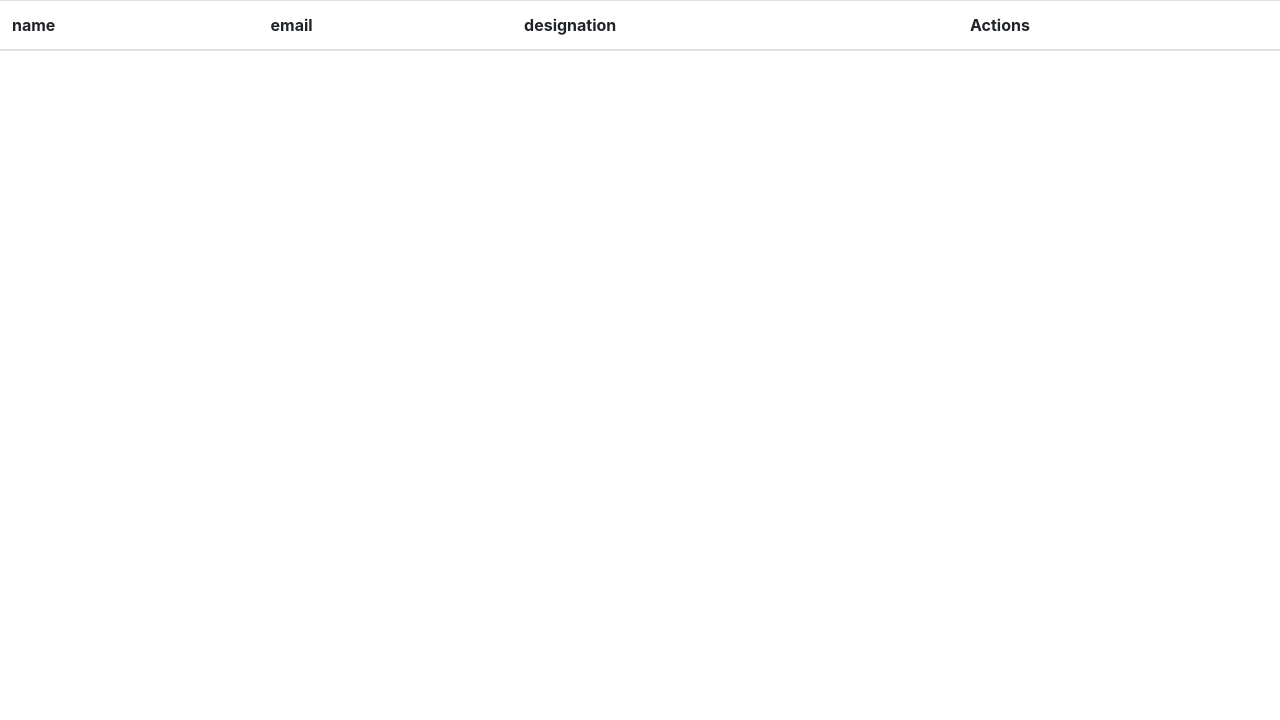
Repository: AbdulRehman0/registration
Page: http://localhost/dashboard.php
These files come from the project's save history. The page is drawn as it stood at one moment and after the next save; the edit follows.
The browser window is 1280 px wide. The pictures show the whole page.
The page is run by PHP 8.4 with error messages shown; the project is at /var/www/html/. The session is filled in as if someone had signed in: {"session_id": true, "name": "Test User", "email": "test@example.com", "id": 1, "session_role": 1}. Other server files are loaded and not shown. Queries for data that is not in the repository find no rows.

Above is the page before, as saved 2021-01-05 20:39:57.

### dashboard.php
<?php
include "./includes/config.php";
include "./models/UserModel.php";

session_start();
// print_r($_SESSION);
if($_SESSION["session_id"]!=1){ session_destroy(); header("Location: login.php");die;}

$db=connectdb();

$user = new User($db);


if($_SESSION["session_role"]==1){
    $res = $user->getAllUsers();
}elseif($_SESSION["session_role"]==2){
    $res = $user->getUserByID($_SESSION["id"]);
}else{
    session_destroy(); header("Location: login.php");die;
}

include "./templates/header.php";
?>

<table class="table">
  <thead>
    <tr>
      <th scope="col">name</th>
      <th scope="col">email</th>
      <th scope="col">designation</th>
      <th scope="col">Actions</th>
    </tr>
  </thead>
  <tbody>
    <?php foreach($res as $row): if($row["role_id"]==1) $des="Admin"; else $des="Editor"?>
    <tr>
    <td><?php echo $row["name"];?></td>
    <td><?php echo $row["email"];?></td>
    <td><?php echo $des;?></td>
    <td><a href="./edit.php?id=<?php echo $row["id"]?>" class="float-left"><span>Edit<span></a><?php if($_SESSION['session_role']==1 && $row["id"]!=$_SESSION['id']):?><a href="./controllers/UserController.php?id=<?php echo $row["id"]?>&func=deleteUser" class="center"><span>Delete<span></a><?php endif;?></td>
    </tr>
    <?php endforeach;?>

  </tbody>
</table>



<?php
include "./templates/footer.php";
?>

### includes/config.php
<?php

ini_set('display_errors', 1);

ob_start();

define('DB_USER', 'root');

define('DB_PASS', '');

define('DB_HOST', 'localhost');

define('DB_NAME', 'registration');


/* BaseUrl */


//require_once ROOT_PATH . '/Conf/Conf.php';
require('MysqliDb.php');

function connectdb() {

    $DB = new MysqliDb(DB_HOST, DB_USER, DB_PASS, DB_NAME);

    return $DB;

}

### includes/MysqliDb.php
<?php
/**
 * MysqliDb Class
 *
 * @category  Database Access
 * @package   MysqliDb
 * @author    Jeffery Way <jeffrey@jeffrey-way.com>
 * @author    Josh Campbell <jcampbell@ajillion.com>
 * @copyright Copyright (c) 2010
 * @license   http://opensource.org/licenses/gpl-3.0.html GNU Public License
 * @version   1.1
 **/
class MysqliDb
{
    /**
     * Static instance of self
     *
     * @var MysqliDb
     */
    protected static $_instance;
    /**
     * MySQLi instance
     *
     * @var mysqli
     */
    protected $_mysqli;
    /**
     * The SQL query to be prepared and executed
     *
     * @var string
     */
    protected $_query;
    /**
     * An array that holds where conditions 'fieldname' => 'value'
     *
     * @var array
     */
    protected $_where = array();
    /**
     * Dynamic type list for where condition values
     *
     * @var array
     */
    protected $_whereTypeList;
    /**
     * Dynamic type list for table data values
     *
     * @var array
     */
    protected $_paramTypeList;
    /**
     * Dynamic array that holds a combination of where condition/table data value types and parameter referances
     *
     * @var array
     */
    protected $_bindParams = array(''); // Create the empty 0 index

    /**
     * @param string $host
     * @param string $username
     * @param string $password
     * @param string $db
     */
    public function __construct($host, $username, $password, $db)
    {
        $this->_mysqli = new mysqli($host, $username, $password, $db)
            or die('There was a problem connecting to the database');

        $this->_mysqli->set_charset('utf8');

        self::$_instance = $this;
    }

    /**
     * A method of returning the static instance to allow access to the
     * instantiated object from within another class.
     * Inheriting this class would require reloading connection info.
     *
     * @uses $db = MySqliDb::getInstance();
     *
     * @return object Returns the current instance.
     */
    public static function getInstance()
    {
        return self::$_instance;
    }

    /**
     * Reset states after an execution
     *
     * @return object Returns the current instance.
     */
    protected function reset()
    {
        $this->_where = array();
        $this->_bindParams = array(''); // Create the empty 0 index
        unset($this->_query);
        unset($this->_whereTypeList);
        unset($this->_paramTypeList);
    }

    /**
     * Pass in a raw query and an array containing the parameters to bind to the prepaird statement.
     *
     * @param string $query      Contains a user-provided query.
     * @param array  $bindParams All variables to bind to the SQL statment.
     *
     * @return array Contains the returned rows from the query.
     */
    public function rawQuery($query, $bindParams = null,$MYSQL_ASSOC=null)
    {
        $this->_query = filter_var($query, FILTER_SANITIZE_STRING);
        $stmt = $this->_prepareQuery();

        if (is_array($bindParams) === true) {
            $params = array(''); // Create the empty 0 index
            foreach ($bindParams as $prop => $val) {
                $params[0] .= $this->_determineType($val);
                array_push($params, $bindParams[$prop]);
            }

            call_user_func_array(array($stmt, 'bind_param'), $this->refValues($params));

        }

        $stmt->execute();
        $this->reset();

        return $this->_dynamicBindResults($stmt);
    }

    /**
     *
     * @param string $query   Contains a user-provided select query.
     * @param int    $numRows The number of rows total to return.
     *
     * @return array Contains the returned rows from the query.
     */
    public function query($query, $numRows = null)
    {
        $this->_query = filter_var($query, FILTER_SANITIZE_STRING);
        $stmt = $this->_buildQuery($numRows);
        $stmt->execute();
        $this->reset();

        return $this->_dynamicBindResults($stmt);
    }

    /**
     * A convenient SELECT * function.
     *
     * @param string  $tableName The name of the database table to work with.
     * @param integer $numRows   The number of rows total to return.
     *
     * @return array Contains the returned rows from the select query.
     */
    public function get($tableName, $numRows = null)
    {
        $this->_query = "SELECT * FROM $tableName";
        $stmt = $this->_buildQuery($numRows);
        $stmt->execute();
        $this->reset();

        return $this->_dynamicBindResults($stmt);
    }

    /**
     *
     * @param <string $tableName The name of the table.
     * @param array $insertData Data containing information for inserting into the DB.
     *
     * @return boolean Boolean indicating whether the insert query was completed succesfully.
     */
    public function insert($tableName, $insertData)
    {
        $this->_query = "INSERT into $tableName";
        $stmt = $this->_buildQuery(null, $insertData);


        $stmt->execute();
        $this->reset();

        return ($stmt->affected_rows > 0 ? $stmt->insert_id : false);
    }

    /**
     * Update query. Be sure to first call the "where" method.
     *
     * @param string $tableName The name of the database table to work with.
     * @param array  $tableData Array of data to update the desired row.
     *
     * @return boolean
     */
    public function update($tableName, $tableData)
    {
        $this->_query = "UPDATE $tableName SET ";

        $stmt = $this->_buildQuery(null, $tableData);

        $stmt->execute();
        $this->reset();

        return ($stmt->affected_rows > 0);
    }

    /**
     * Delete query. Call the "where" method first.
     *
     * @param string  $tableName The name of the database table to work with.
     * @param integer $numRows   The number of rows to delete.
     *
     * @return boolean Indicates success. 0 or 1.
     */
    public function delete($tableName, $numRows = null)
    {
        $this->_query = "DELETE FROM $tableName";

        $stmt = $this->_buildQuery($numRows);
        $stmt->execute();
        $this->reset();

        return ($stmt->affected_rows > 0);
    }

    /**
     * This method allows you to specify multipl (method chaining optional) WHERE statements for SQL queries.
     *
     * @uses $MySqliDb->where('id', 7)->where('title', 'MyTitle');
     *
     * @param string $whereProp  The name of the database field.
     * @param mixed  $whereValue The value of the database field.
     *
     * @return MysqliDb
     */
    public function where($whereProp, $whereValue)
    {
        $this->_where[$whereProp] = $whereValue;
        return $this;
    }


    /**
     * This methods returns the ID of the last inserted item
     *
     * @return integer The last inserted item ID.
     */
    public function getInsertId()
    {
        return $this->_mysqli->insert_id;
    }

    /**
     * Escape harmful characters which might affect a query.
     *
     * @param string $str The string to escape.
     *
     * @return string The escaped string.
     */
    public function escape($str)
    {
        return $this->_mysqli->real_escape_string($str);
    }

    /**
     * This method is needed for prepared statements. They require
     * the data type of the field to be bound with "i" s", etc.
     * This function takes the input, determines what type it is,
     * and then updates the param_type.
     *
     * @param mixed $item Input to determine the type.
     *
     * @return string The joined parameter types.
     */
    protected function _determineType($item)
    {
        switch (gettype($item)) {
            case 'NULL':
            case 'string':
                return 's';
                break;

            case 'integer':
                return 'i';
                break;

            case 'blob':
                return 'b';
                break;

            case 'double':
                return 'd';
                break;
        }
        return '';
    }

    /**
     * Abstraction method that will compile the WHERE statement,
     * any passed update data, and the desired rows.
     * It then builds the SQL query.
     *
     * @param int   $numRows   The number of rows total to return.
     * @param array $tableData Should contain an array of data for updating the database.
     *
     * @return mysqli_stmt Returns the $stmt object.
     */
    protected function _buildQuery($numRows = null, $tableData = null)
    {

        $hasTableData = is_array($tableData);
        $hasConditional = !empty($this->_where);

        // Did the user call the "where" method?
        if (!empty($this->_where)) {

            // if update data was passed, filter through and create the SQL query, accordingly.
            if ($hasTableData) {
                $pos = strpos($this->_query, 'UPDATE');
                if ($pos !== false) {
                    foreach ($tableData as $prop => $value) {
                        // determines what data type the item is, for binding purposes.
                        $this->_paramTypeList .= $this->_determineType($value);

                        // prepares the reset of the SQL query.
                        $this->_query .= ($prop . ' = ?, ');
                    }
                    $this->_query = rtrim($this->_query, ', ');
                }
            }

            //Prepair the where portion of the query
            $this->_query .= ' WHERE ';
            foreach ($this->_where as $column => $value) {
                // Determines what data type the where column is, for binding purposes.
                $this->_whereTypeList .= $this->_determineType($value);

                // Prepares the reset of the SQL query.
                $this->_query .= ($column . ' = ? AND ');
            }
            $this->_query = rtrim($this->_query, ' AND ');
        }

        // Determine if is INSERT query
        if ($hasTableData) {
            $pos = strpos($this->_query, 'INSERT');



            if ($pos !== false) {
                //is insert statement
                $keys = array_keys($tableData);
                $values = array_values($tableData);
                $num = count($keys);

                // wrap values in quotes
                foreach ($values as $key => $val) {
                    $values[$key] = "'{$val}'";
                    $this->_paramTypeList .= $this->_determineType($val);
                }

                $this->_query .= '(' . implode($keys, ', ') . ')';
                $this->_query .= ' VALUES(';
                while ($num !== 0) {
                    $this->_query .= '?, ';
                    $num--;
                }
                $this->_query = rtrim($this->_query, ', ');
                $this->_query .= ')';
            }

        }

        // Did the user set a limit
        if (isset($numRows)) {
            $this->_query .= ' LIMIT ' . (int)$numRows;
        }

        // Prepare query
        $stmt = $this->_prepareQuery();

        // Prepare table data bind parameters
        if ($hasTableData) {
            $this->_bindParams[0] = $this->_paramTypeList;
            foreach ($tableData as $prop => $val) {
                array_push($this->_bindParams, $tableData[$prop]);
            }
        }
        // Prepare where condition bind parameters
        if ($hasConditional) {
            if ($this->_where) {
                $this->_bindParams[0] .= $this->_whereTypeList;
                foreach ($this->_where as $prop => $val) {
                    array_push($this->_bindParams, $this->_where[$prop]);
                }
            }
        }


        // Bind parameters to statment
        if ($hasTableData || $hasConditional) {
            call_user_func_array(array($stmt, 'bind_param'), $this->refValues($this->_bindParams));
        }

        return $stmt;
    }

    /**
     * This helper method takes care of prepared statements' "bind_result method
     * , when the number of variables to pass is unknown.
     *
     * @param mysqli_stmt $stmt Equal to the prepared statement object.
     *
     * @return array The results of the SQL fetch.
     */
    protected function _dynamicBindResults(mysqli_stmt $stmt)
    {
        $parameters = array();
        $results = array();

        $meta = $stmt->result_metadata();
        $row = array();
        while ($field = $meta->fetch_field()) {
            $row[$field->name] = null;
            $parameters[] = & $row[$field->name];
        }

        call_user_func_array(array($stmt, 'bind_result'), $parameters);

        while ($stmt->fetch()) {
            $x = array();
            foreach ($row as $key => $val) {
                $x[$key] = $val;
            }
            array_push($results, $x);
        }
        return $results;
    }

    /**
     * Method attempts to prepare the SQL query
     * and throws an error if there was a problem.
     *
     * @return mysqli_stmt
     */
    protected function _prepareQuery()
    {


        if (!$stmt = $this->_mysqli->prepare($this->_query)) {
            trigger_error("Problem preparing query ($this->_query) " . $this->_mysqli->error, E_USER_ERROR);
        }
        return $stmt;
    }

    /**
     * Close connection
     */
    public function __destruct()
    {
        $this->_mysqli->close();
    }

    /**
     * @param array $arr
     *
     * @return array
     */
    protected function refValues($arr)
    {
        //Reference is required for PHP 5.3+
        if (strnatcmp(phpversion(), '5.3') >= 0) {
            $refs = array();
            foreach ($arr as $key => $value) {
                $refs[$key] = & $arr[$key];
            }
            return $refs;
        }
        return $arr;
    }

} // END class

### models/UserModel.php
<?php
Class User{
    private $db;
    private $lastID;
    public function __construct($db){
        $this->db = $db;
    }

    public function getAllUsers(){
        return $this->db->get("users");

    }
    public function insertUser($data){
        $insertData=array(
            "name"=>$data["name"],
            "email"=>$data["email"],
            "role_id"=>$data["role_id"],
            "password"=>$data["password"]
        );
        return $this->db->insert("users",$insertData);

    }
    public function getUserByID($id){}
    public function getUserByEmail($email){
        $query = "select * from users where email=?";
        $params=array($email);
        return $this->db->rawQuery($query,$params);
    }
    public function deleteUserByID($id){
        return $this->db->where("id",$id)->delete("users");

    }
    public function updateUserByID($data){}


}

?>

### templates/header.php
<!DOCTYPE html>
<html lang="en">

<head>
    <!-- Required meta tags-->
    <meta charset="UTF-8">
    <meta name="viewport" content="width=device-width, initial-scale=1, shrink-to-fit=no">
    <meta name="description" content="Colorlib Templates">
    <meta name="author" content="Colorlib">
    <meta name="keywords" content="Colorlib Templates">

    <!-- Title Page-->
    <title>Au Register Forms by Colorlib</title>

    <!-- Icons font CSS-->
    <link href="vendor/mdi-font/css/material-design-iconic-font.min.css" rel="stylesheet" media="all">
    <link href="vendor/font-awesome-4.7/css/font-awesome.min.css" rel="stylesheet" media="all">
    <!-- Font special for pages-->
    <link href="https://fonts.googleapis.com/css?family=Poppins:100,100i,200,200i,300,300i,400,400i,500,500i,600,600i,700,700i,800,800i,900,900i" rel="stylesheet">

    <!-- Vendor CSS-->
    <link href="vendor/select2/select2.min.css" rel="stylesheet" media="all">
    <link href="vendor/datepicker/daterangepicker.css" rel="stylesheet" media="all">

    <!-- Main CSS-->
    <link href="./assets/css/app.css" rel="stylesheet" media="all">
    <link rel="stylesheet" href="https://maxcdn.bootstrapcdn.com/bootstrap/4.0.0/css/bootstrap.min.css" integrity="sha384-Gn5384xqQ1aoWXA+058RXPxPg6fy4IWvTNh0E263XmFcJlSAwiGgFAW/dAiS6JXm" crossorigin="anonymous">
</head>

### templates/footer.php

</html>
<!-- end document-->
<!-- Jquery JS-->
<script src="vendor/jquery/jquery.min.js"></script>
    <!-- Vendor JS-->
    <script src="vendor/select2/select2.min.js"></script>
    <script src="vendor/datepicker/moment.min.js"></script>
    <script src="vendor/datepicker/daterangepicker.js"></script>

    <!-- Main JS-->
    <script src="./assets/js/app.js"></script>

Loaded but not shown: assets/js/app.js (70 lines, source omitted); assets/css/app.css (642 lines, source omitted)

After the next save:
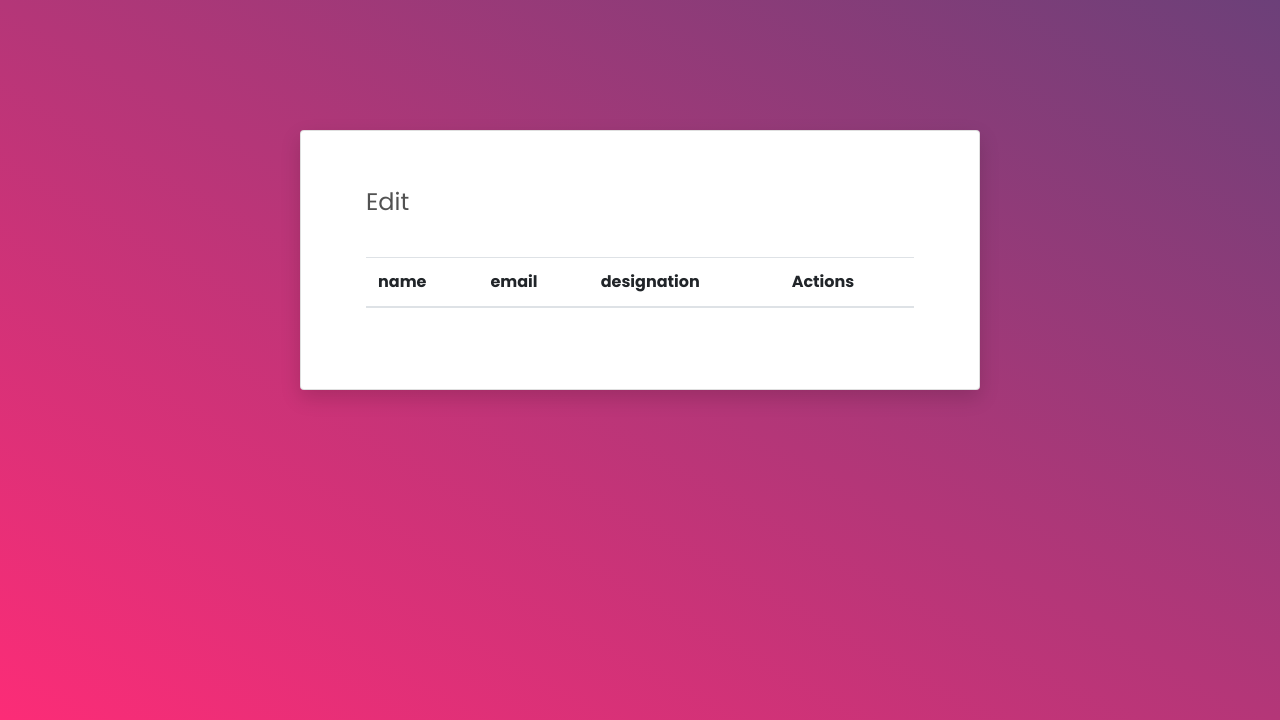
Saved 62 s later.
--- a/dashboard.php
+++ b/dashboard.php
@@ -21,28 +21,40 @@ if($_SESSION["session_role"]==1){
 
 include "./templates/header.php";
 ?>
+<body>
+    <div class="page-wrapper bg-gra-02 p-t-130 p-b-100 font-poppins">
+        <div class="wrapper wrapper--w680">
+            <div class="card card-4">
+                <div class="card-body">
+                    <h2 class="title">Edit</h2>
+                    <table class="table">
+                      <thead>
+                        <tr>
+                          <th scope="col">name</th>
+                          <th scope="col">email</th>
+                          <th scope="col">designation</th>
+                          <th scope="col">Actions</th>
+                        </tr>
+                      </thead>
+                      <tbody>
+                        <?php foreach($res as $row): if($row["role_id"]==1) $des="Admin"; else $des="Editor"?>
+                        <tr>
+                        <td><?php echo $row["name"];?></td>
+                        <td><?php echo $row["email"];?></td>
+                        <td><?php echo $des;?></td>
+                        <td><a href="./edit.php?id=<?php echo $row["id"]?>" class="float-left"><span>Edit<span></a><?php if($_SESSION['session_role']==1 && $row["id"]!=$_SESSION['id']):?><a href="./controllers/UserController.php?id=<?php echo $row["id"]?>&func=deleteUser" class="center"><span>Delete<span></a><?php endif;?></td>
+                        </tr>
+                        <?php endforeach;?>
 
-<table class="table">
-  <thead>
-    <tr>
-      <th scope="col">name</th>
-      <th scope="col">email</th>
-      <th scope="col">designation</th>
-      <th scope="col">Actions</th>
-    </tr>
-  </thead>
-  <tbody>
-    <?php foreach($res as $row): if($row["role_id"]==1) $des="Admin"; else $des="Editor"?>
-    <tr>
-    <td><?php echo $row["name"];?></td>
-    <td><?php echo $row["email"];?></td>
-    <td><?php echo $des;?></td>
-    <td><a href="./edit.php?id=<?php echo $row["id"]?>" class="float-left"><span>Edit<span></a><?php if($_SESSION['session_role']==1 && $row["id"]!=$_SESSION['id']):?><a href="./controllers/UserController.php?id=<?php echo $row["id"]?>&func=deleteUser" class="center"><span>Delete<span></a><?php endif;?></td>
-    </tr>
-    <?php endforeach;?>
+                      </tbody>
+                    </table>
 
-  </tbody>
-</table>
+            </div>
+        </div>
+    </div>
+
+</body>
+
 
 
 
